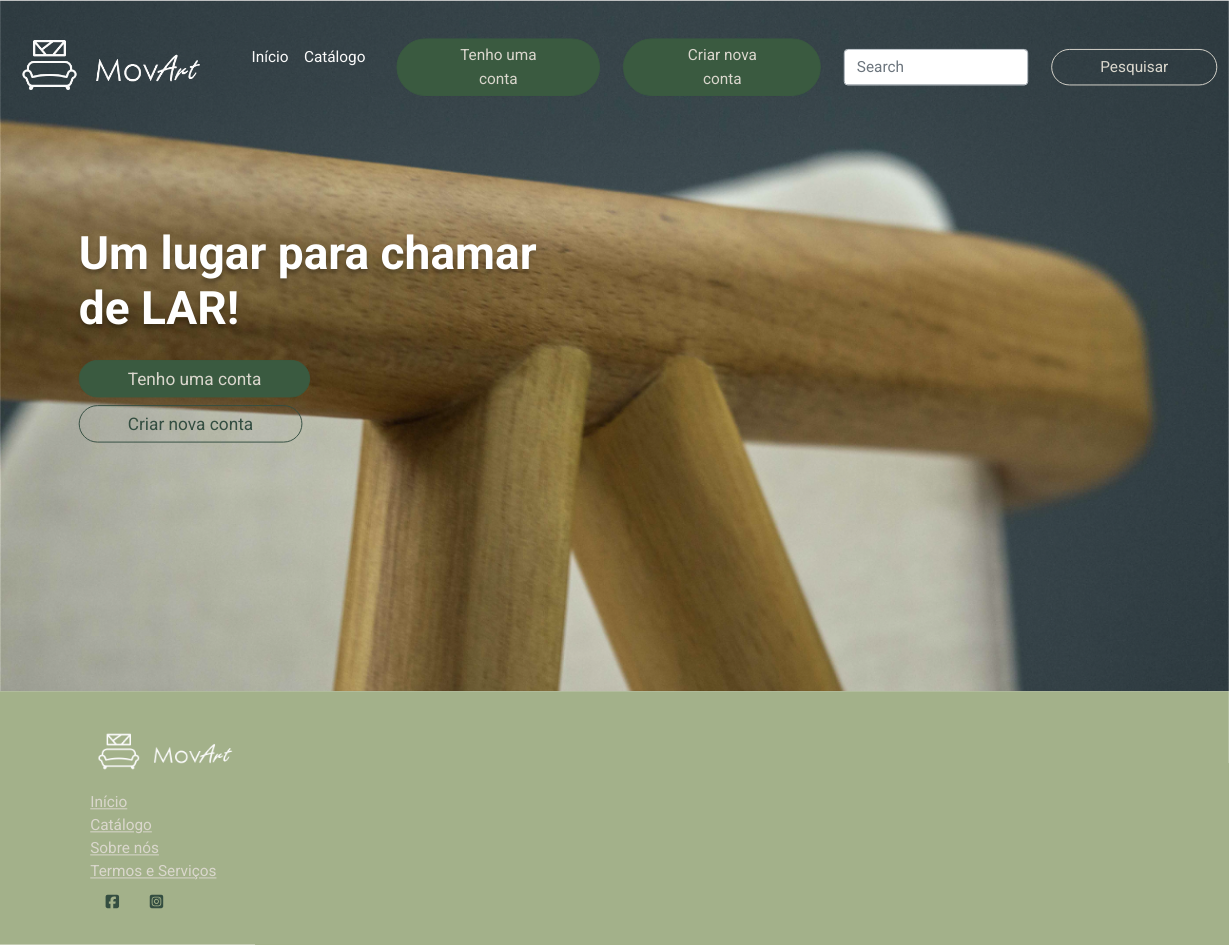
Repository: telesbp/Projeto-4-e-Projeto-5
Page: / (app in front-end/)
These files come from the project's save history. The page is drawn as it stood at one moment and after the next save; the edit follows.
The browser window is 1280 px wide. The pictures show the whole page, at 96% of full size.
The project was rebuilt for these pictures with package versions that can differ from the ones it lists, and the page was loaded fresh each time.

Above is the page before, as saved 2022-07-17 21:50:41.

After the next save:
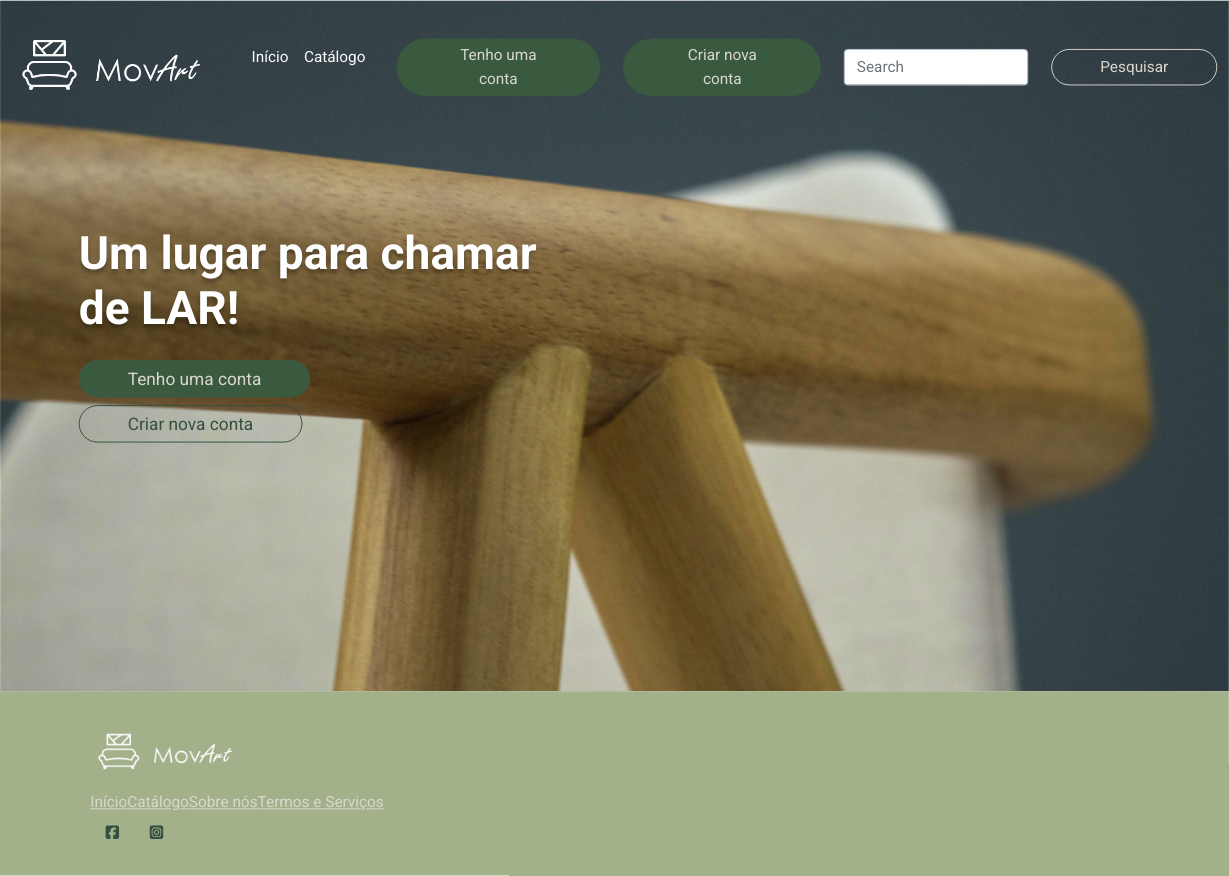
Saved 62 s later.
--- a/front-end/src/components/Layout/Footer.tsx
+++ b/front-end/src/components/Layout/Footer.tsx
@@ -8,14 +8,14 @@ import LogoBrand from "../../assets/img/logobranca.png"
 export function Footer () {
     return(
         <FooterStyled>
-            <Container className="p-4">
+            <ContainerStyled className="d-flex p-4">
                 <img src={LogoBrand} alt="MovArt" width={170} height={80}/>
-                <NavStyled>
+                <Nav>
                     <NavLinkTitleStyled  as={Link} to="/">Início</NavLinkTitleStyled >
                     <NavLinkTitleStyled  as={Link} to="/">Catálogo</NavLinkTitleStyled >
                     <NavLinkTitleStyled  as={Link} to="/">Sobre nós</NavLinkTitleStyled >
                     <NavLinkTitleStyled  as={Link} to="/">Termos e Serviços</NavLinkTitleStyled >
-                </NavStyled>
+                </Nav>
                 <Nav>
                     <Nav.Link href="http://facebook.com" target="_blank">
                         <FontAwesomeIconStyle icon={faFacebookSquare} />
@@ -24,19 +24,18 @@ export function Footer () {
                         <FontAwesomeIconStyle icon={faInstagramSquare} />
                     </Nav.Link>
                 </Nav>
-            </Container>
+            </ContainerStyled>
         </FooterStyled>
     )
 }
 
 const FooterStyled = styled.footer`
     background: #A3B18A;
-    display: flex;
 `
 const NavLinkTitleStyled = styled(Nav.Link)`
     color:#DAD7CD;
 `
-const NavStyled = styled(Nav)`
+const ContainerStyled = styled(Container)`
     display: flex;
     flex-direction: column;
 `
